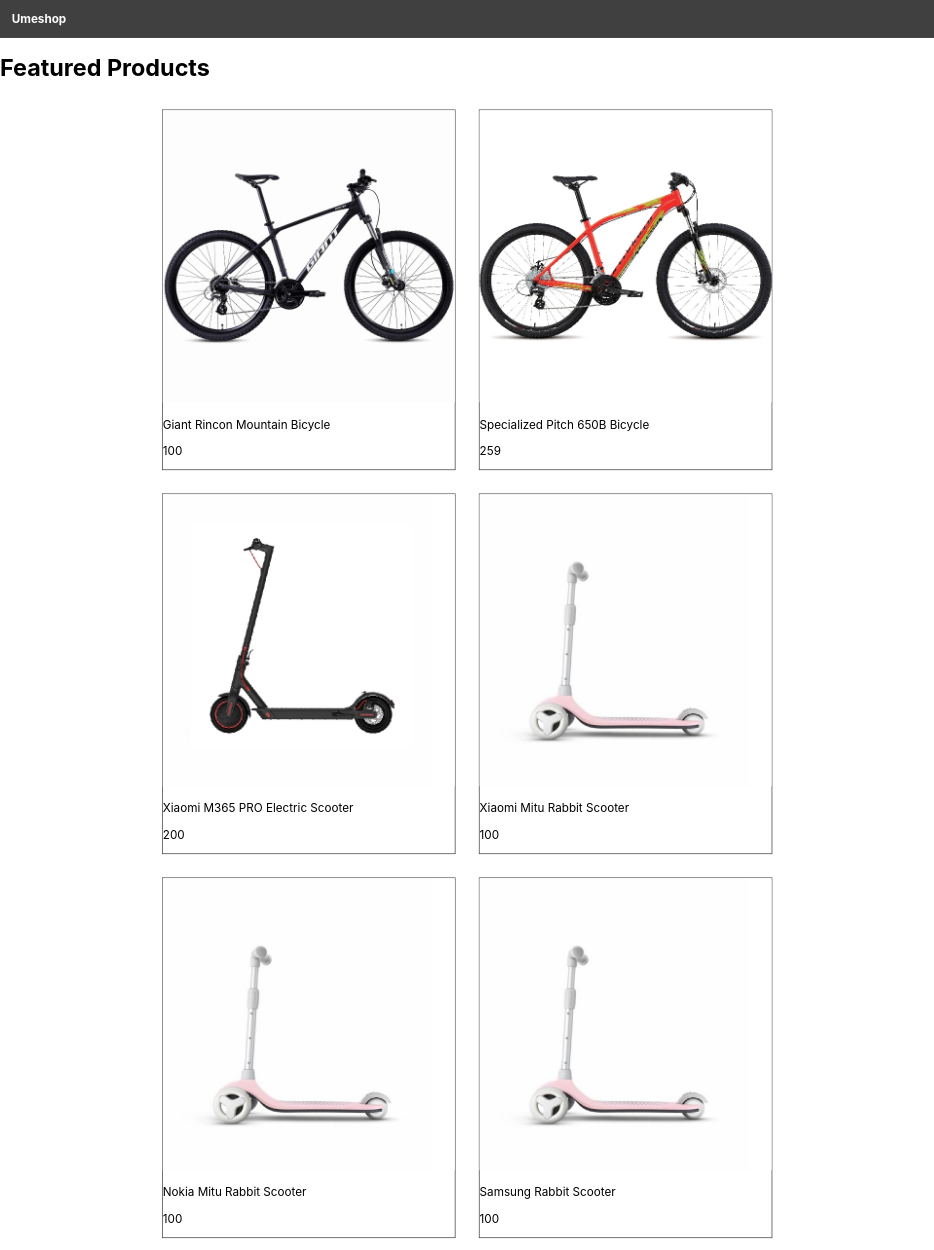
Repository: NovaX23/umeshop-new
Page: / (app in frontend/)
These files come from the project's save history. The page is drawn as it stood at one moment and after the next save; the edit follows.
The browser window is 1280 px wide. The pictures show the whole page, at 73% of full size.
The project was rebuilt for these pictures with package versions that can differ from the ones it lists, and the page was loaded fresh each time.

Above is the page before, as saved 2023-07-01 01:27:41.

After the next save:
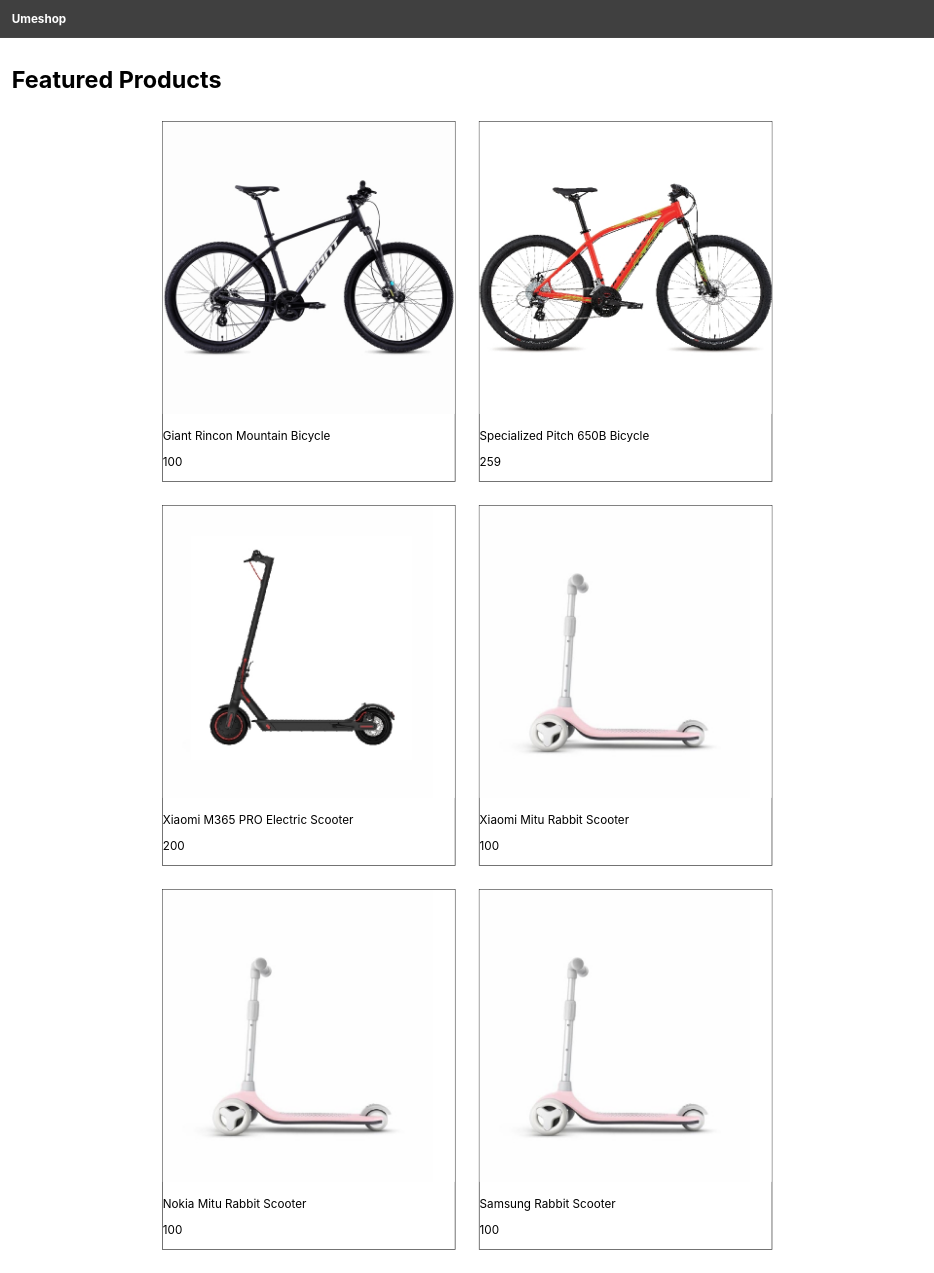
Saved 26 s later.
--- a/frontend/src/index.css
+++ b/frontend/src/index.css
@@ -19,6 +19,10 @@
   text-decoration: none;
 }
 
+main {
+  padding: 1rem;
+}
+
 .products {
   display: flex;
   flex-wrap: wrap;
